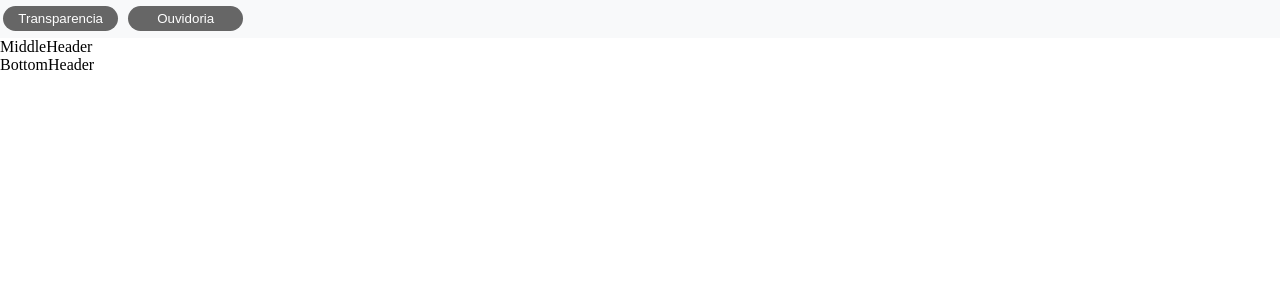
Repository: YuriSarmanho/prodepaSite
Page: / (app in prodepa-site/)
These files come from the project's save history. The page is drawn as it stood at one moment and after a run of saves; the edit follows.
The browser window is 1280 px wide. The pictures show the whole page.
The project was rebuilt for these pictures with package versions that can differ from the ones it lists, and the page was loaded fresh each time. Also part of the build but not shown: prodepa-site/src/App.css.

Above is the page before, as saved 2022-12-19 14:37:30.

### prodepa-site/public/index.html
<!DOCTYPE html>
<html lang="en">
  <head>
    <meta charset="utf-8" />
    <link rel="icon" href="%PUBLIC_URL%/favicon.ico" />
    <meta name="viewport" content="width=device-width, initial-scale=1" />
    <meta name="theme-color" content="#000000" />
    <meta
      name="description"
      content="Web site created using create-react-app"
    />
    <link rel="apple-touch-icon" href="%PUBLIC_URL%/logo192.png" />

    <link rel="manifest" href="%PUBLIC_URL%/manifest.json" />
    <title>React App</title>
  </head>
  <body>
    <div id="root"></div>
  </body>
</html>

### prodepa-site/src/App.js
import './App.css';
import Header from './sections/Header'

function App() {
  return (
    <>
      <Header/>
    </>
  );
}

export default App;

### prodepa-site/src/sections/Header/index.jsx
import React from 'react'
import TopHeader from './TopHeader'
import MiddleHeader from './MiddleHeader'
import BottomHeader from './BottomHeader'


function Header() {
  return (
    <>
        <TopHeader/>
        <MiddleHeader/>
        <BottomHeader/>
    </>
  )
}

export default Header

### prodepa-site/src/sections/Header/TopHeader/index.jsx
import React from 'react'
import TopHeaderButton from '../../../components/Buttons/TopHeaderButton'
import './index.css'

function TopHeader() {
  return (
    <div className='topHeaderContainer'>
      <div className="leftArea">
        <TopHeaderButton children = {'Transparencia'}/>
        <TopHeaderButton children = {'Ouvidoria'}/>
      </div>
      <div className="middleArea"></div>
      <div className="rightArea"></div>

    </div>
  )
}

export default TopHeader

### prodepa-site/src/sections/Header/MiddleHeader/index.jsx
import React from 'react'

function MiddleHeader() {
  return (
    <div>MiddleHeader</div>
  )
}

export default MiddleHeader

### prodepa-site/src/sections/Header/BottomHeader/index.jsx
import React from 'react'

function BottomHeader() {
  return (
    <div>BottomHeader</div>
  )
}

export default BottomHeader

### prodepa-site/src/components/Buttons/TopHeaderButton/index.jsx
import React from 'react'
import './index.css'

function TopHeaderButton(props) {
  return (
    <button className='topHeaderButton'>{props.children}</button>
  )
}

export default TopHeaderButton

### prodepa-site/src/sections/Header/TopHeader/index.css
.topHeaderContainer {
    background-color: #F8F9FA ;
    padding: .4rem .2rem;
}

### prodepa-site/src/components/Buttons/TopHeaderButton/index.css
.topHeaderButton {
    padding: 5px 15px;
    margin-right: 10px;
    color: #fff;
    background-color: #666 ;
    border: none;
    border-radius: 1rem;
    width: 115px;
}

Loaded but not shown: prodepa-site/src/index.js (common file); prodepa-site/src/index.css (common file)

After the next 3 saves:
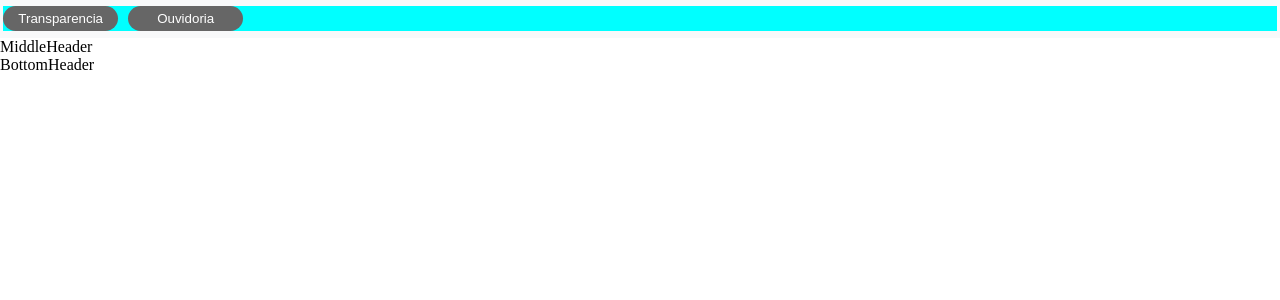
The 3 saves are shown as one change because they came seconds apart.
The last was saved 41 s later.
--- a/prodepa-site/src/sections/Header/TopHeader/index.css
+++ b/prodepa-site/src/sections/Header/TopHeader/index.css
@@ -2,3 +2,7 @@
     background-color: #F8F9FA ;
     padding: .4rem .2rem;
 }
+
+.leftArea {
+    background-color: aqua;
+}

After the save that followed:
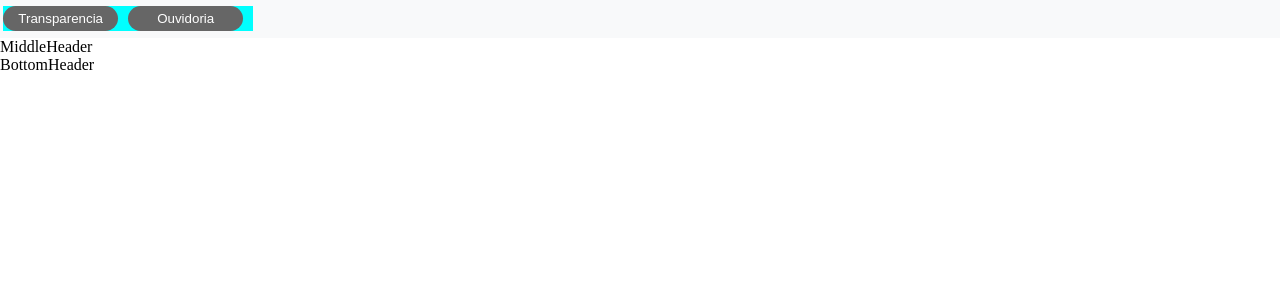
Saved 20 s later.
--- a/prodepa-site/src/sections/Header/TopHeader/index.css
+++ b/prodepa-site/src/sections/Header/TopHeader/index.css
@@ -1,6 +1,7 @@
 .topHeaderContainer {
     background-color: #F8F9FA ;
     padding: .4rem .2rem;
+    display: flex;
 }
 
 .leftArea {
